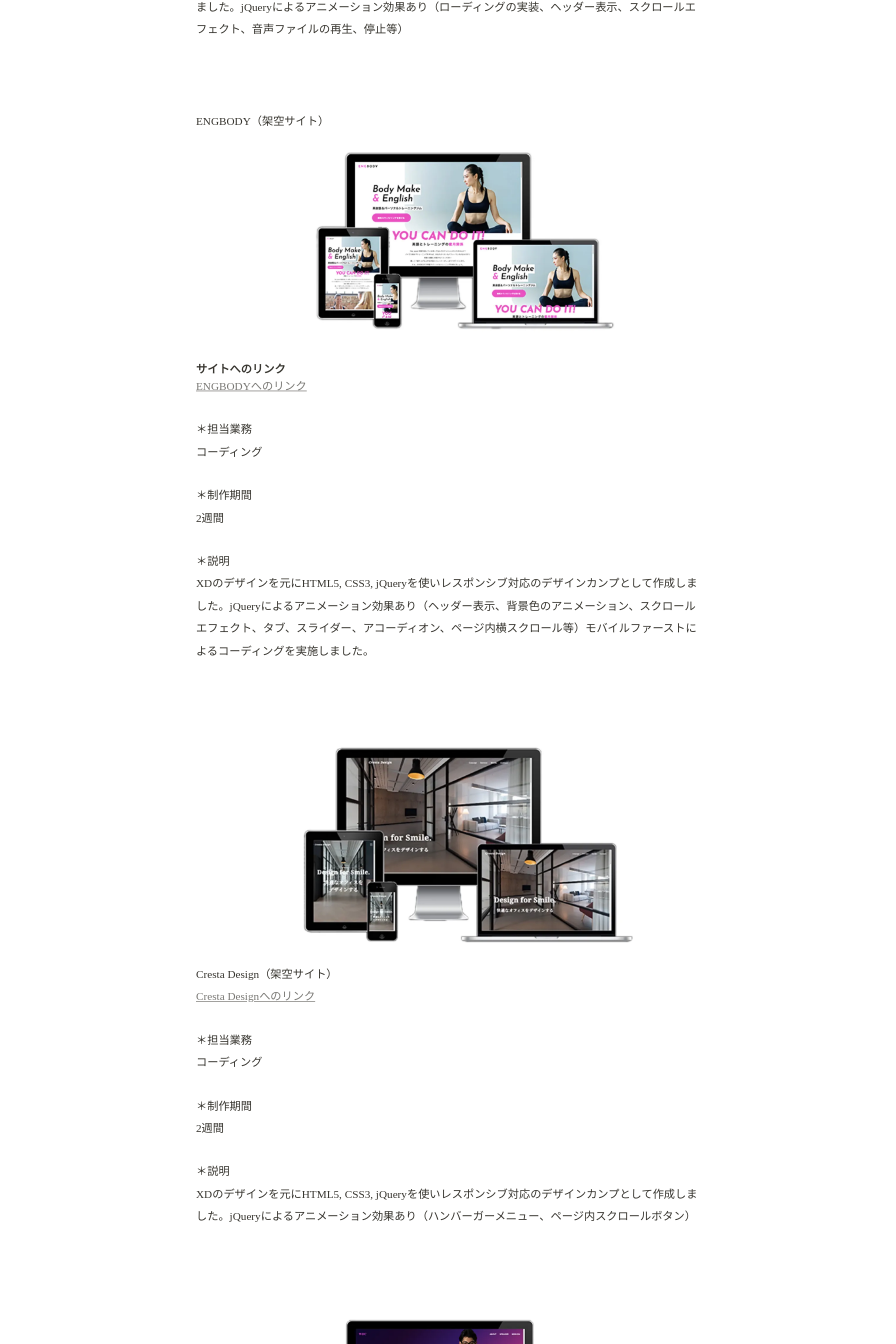
Repository: tetishi/my-portfolio
Page: index.html
These files come from the project's save history. The page is drawn as it stood at one moment and after a run of saves; the edit follows.
The browser window is 1280 px wide. The pictures show the part of the page from y = 4580 to 6500 px (the page is 11563 px tall before and 11515 px after), at 70% of full size.
The style sheet was rebuilt from its Sass, Less or Tailwind sources for each picture, by a compiler version that may differ from the author's.

Above is the page before, as saved 2024-05-19 15:53:35.

After the next 11 saves:
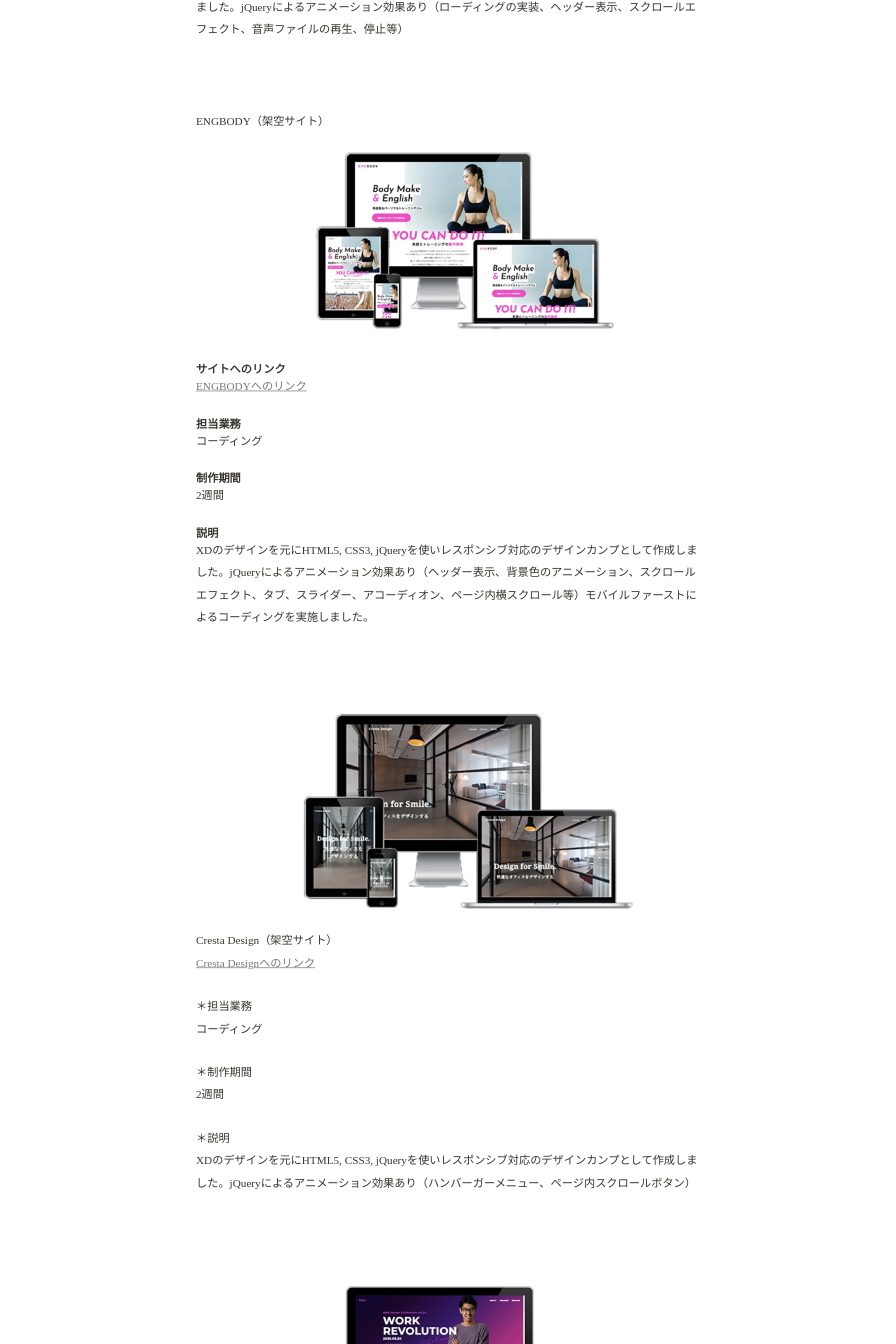
The 11 saves are shown as one change because they came seconds apart.
The last was saved 30 s later.
--- a/index.html
+++ b/index.html
@@ -244,12 +244,14 @@
                 <!-- ここ記入 -->
                 <h3 class="details">サイトへのリンク</h3>
                 <p class="work_link"><a target="_blank" rel="noopener noreferrer" href="https://tetishi.github.io/engbody/">ENGBODYへのリンク</a></p>
-                <p class="details">＊担当業務</p>
-                <p>コーディング</p>
-                <p class="details">＊制作期間</p>
+
+                <h3 class="details">担当業務</h3>
+                <p>コーディング</p>
+
+                <h3 class="details">制作期間</h3>
                 <!-- ここ記入 -->
                 <p>2週間</p>
-                <p class="details">＊説明</p>
+                <h3 class="details">説明</h3>
                 <!-- ここ記入 -->
                 <p>XDのデザインを元にHTML5, CSS3, jQueryを使いレスポンシブ対応のデザインカンプとして作成しました。jQueryによるアニメーション効果あり（ヘッダー表示、背景色のアニメーション、スクロールエフェクト、タブ、スライダー、アコーディオン、ページ内横スクロール等）モバイルファーストによるコーディングを実施しました。</p>
             </div>
